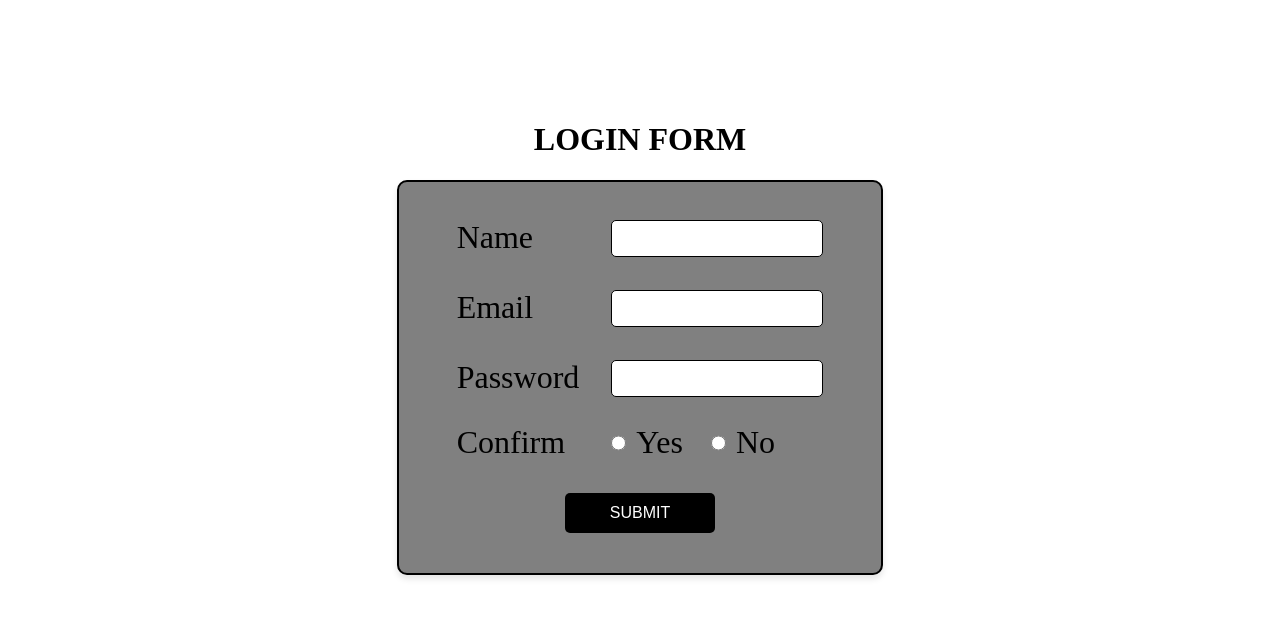
Repository: obusakthi539/Loginform
Page: Form.html
An editor plug-in stored every save of this project. The page is shown before and after the next save, followed by the edit.
The browser window is 1280 px wide. The pictures show the whole page.

Above is the page before, as saved 2025-01-11 14:30:07.

### Form.html
<!DOCTYPE html>
<html lang="en">
<head>
    <meta charset="UTF-8">
    <meta name="viewport" content="width=device-width, initial-scale=1.0">
    <title>Document</title>
    <style>
        body {
            display: flex;
            flex-direction: column;
            align-items: center;
            justify-content: center;
            margin-top: 100px;
        }
        .a {
            background-color: gray;
            font-size: xx-large;
            width: 35%;
            display: flex;
            flex-direction: column;
            padding: 20px;
            border: 2px solid black;
            border-radius: 10px;
            box-shadow: 0px 4px 6px rgba(0, 0, 0, 0.1);
        }
        .a input {
            width: 200px;
            height: 25px;
            margin: 5px 0;
            border: 1px solid black;
            border-radius: 5px;
            padding: 5px;
        }
        #i {
            width: 15px;
            height: 20px;
            margin-right: 10px;
        }
        button {
            display: block;
            margin: 20px auto;
            width: 150px;
            height: 40px;
            background-color: black;
            color: white;
            border: none;
            border-radius: 5px;
            cursor: pointer;
            font-size: medium;
        }
        button:hover {
            background-color: darkgray;
        }
        table {
            margin: 0 auto;
        }
        table td {
            padding: 10px 15px; /* Add padding for spacing */
        }
    </style>
</head>
<body>
    <h1>LOGIN FORM</h1>
    <div class="a">
        <form action="">
            <table>
                <tr>
                    <td><label for="">Name</label></td>
                    <td><input type="text"></td>
                </tr>
                <tr>
                    <td><label for="">Email</label></td>
                    <td><input type="email"></td>
                </tr>
                <tr>
                    <td><label for="">Password</label></td>
                    <td><input type="password"></td>
                </tr>
                <tr>
                    <td><label for="">Confirm</label></td>
                    <td>
                        <input type="radio" name="a" id="i">Yes
                        <input type="radio" name="a" id="i" style="margin-left: 20px;">No
                    </td>
                </tr>
            </table>
            <button type="submit">SUBMIT</button>
        </form>
    </div>
</body>
</html>

After the next save:
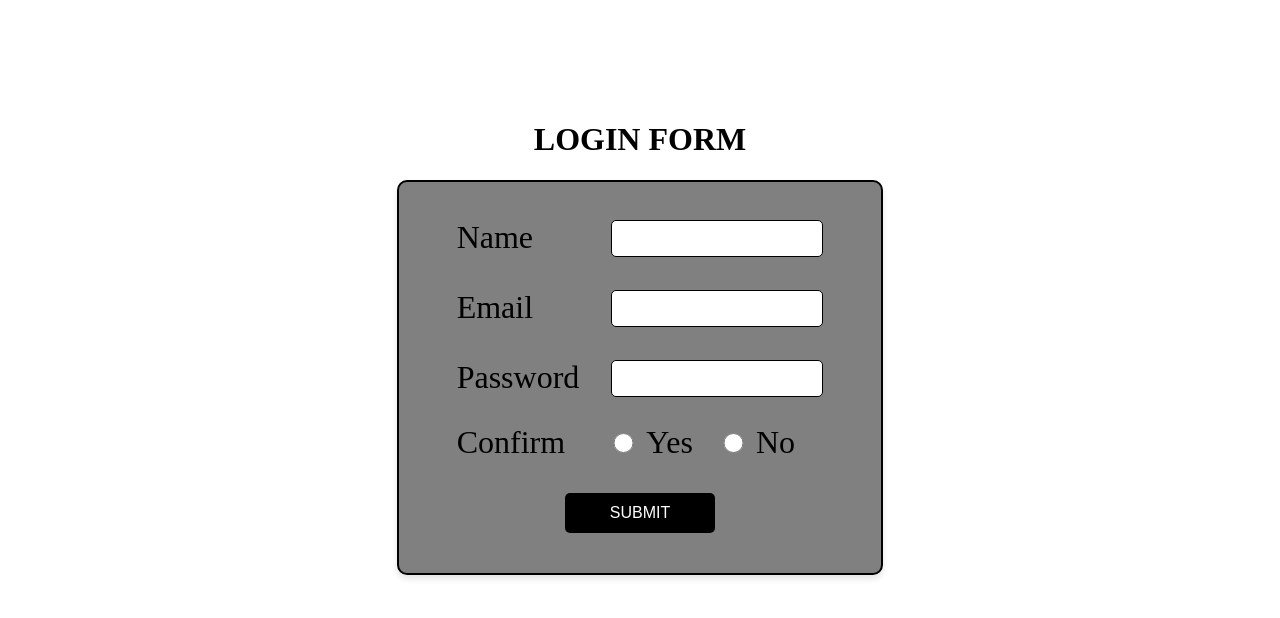
Saved 8 s later.
--- a/Form.html
+++ b/Form.html
@@ -32,7 +32,7 @@
             padding: 5px;
         }
         #i {
-            width: 15px;
+            width: 25px;
             height: 20px;
             margin-right: 10px;
         }
